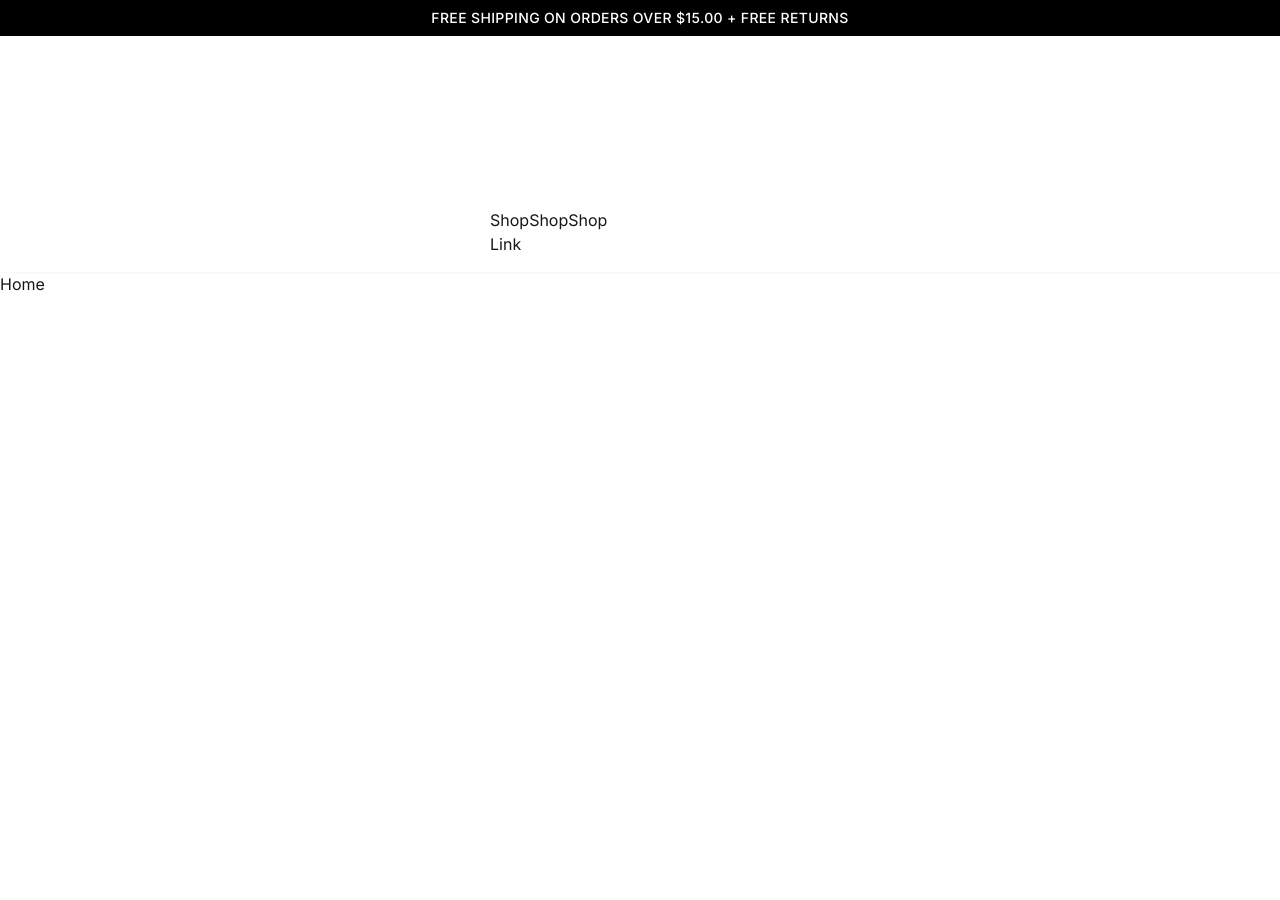
Repository: DiwanMalla/TEMU_CLONE
Page: /
An editor plug-in stored every save of this project. The page is shown before and after the next save, followed by the edit.
The browser window is 1280 px wide. The pictures show the whole page.
The project was rebuilt for these pictures with package versions that can differ from the ones it lists, and the page was loaded fresh each time. The framework's server and built-in components were replaced by stand-ins that run in the browser. Also part of the build but not shown: next.config.ts.

Above is the page before, as saved 2025-01-20 22:24:31.

After the next save:
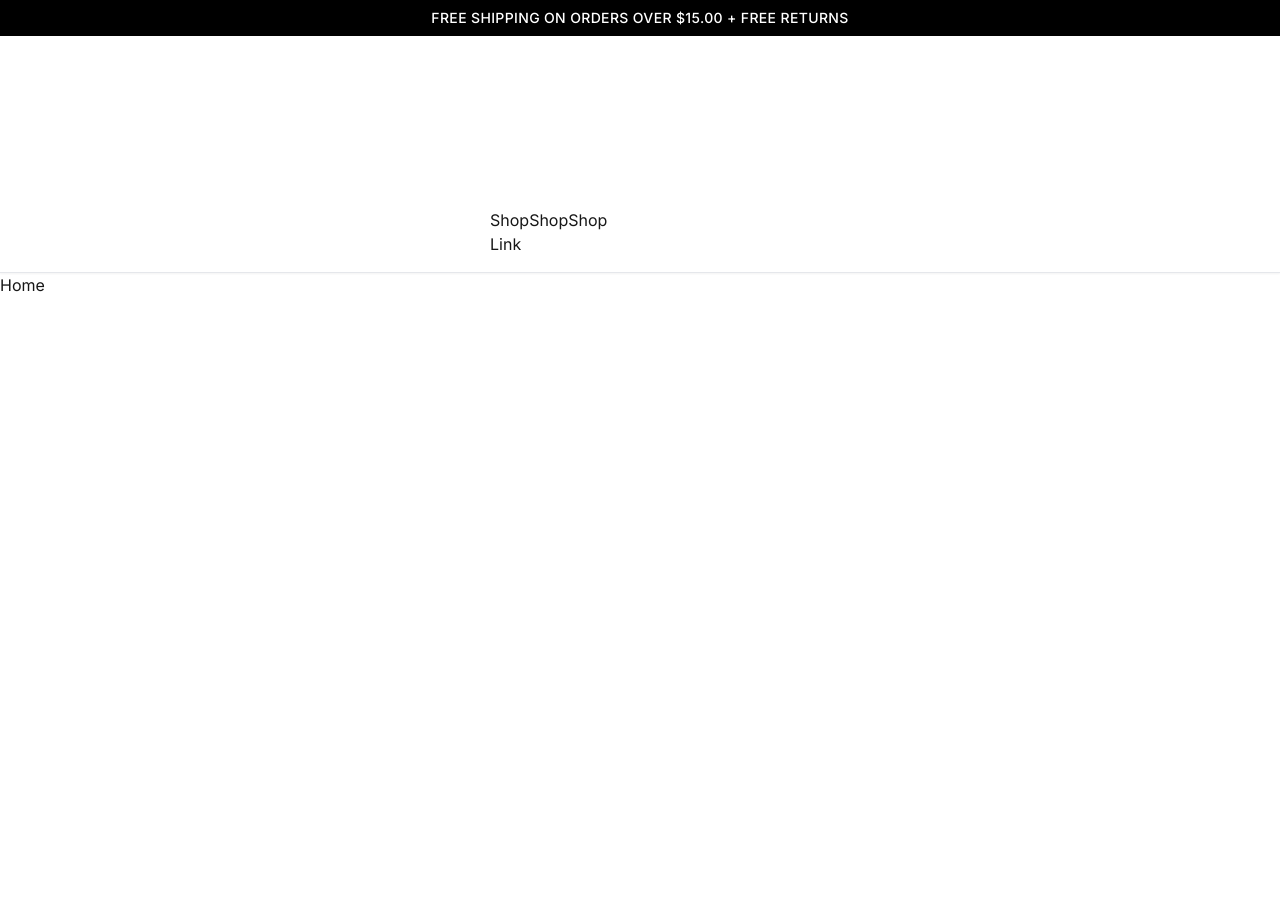
Saved 5 s later.
--- a/components/layout/Header.tsx
+++ b/components/layout/Header.tsx
@@ -41,7 +41,7 @@ const Header = () => {
         }`}
       >
         <AnnounecementBar />
-        <div className="w-full flex justify-center items-center py-3 sm:py-4 bg-white/80 shadow-sm">
+        <div className="w-full flex justify-center items-center py-3 sm:py-4 bg-white/80 shadow-sm border-b">
           <div>
             <div>
               <button>
